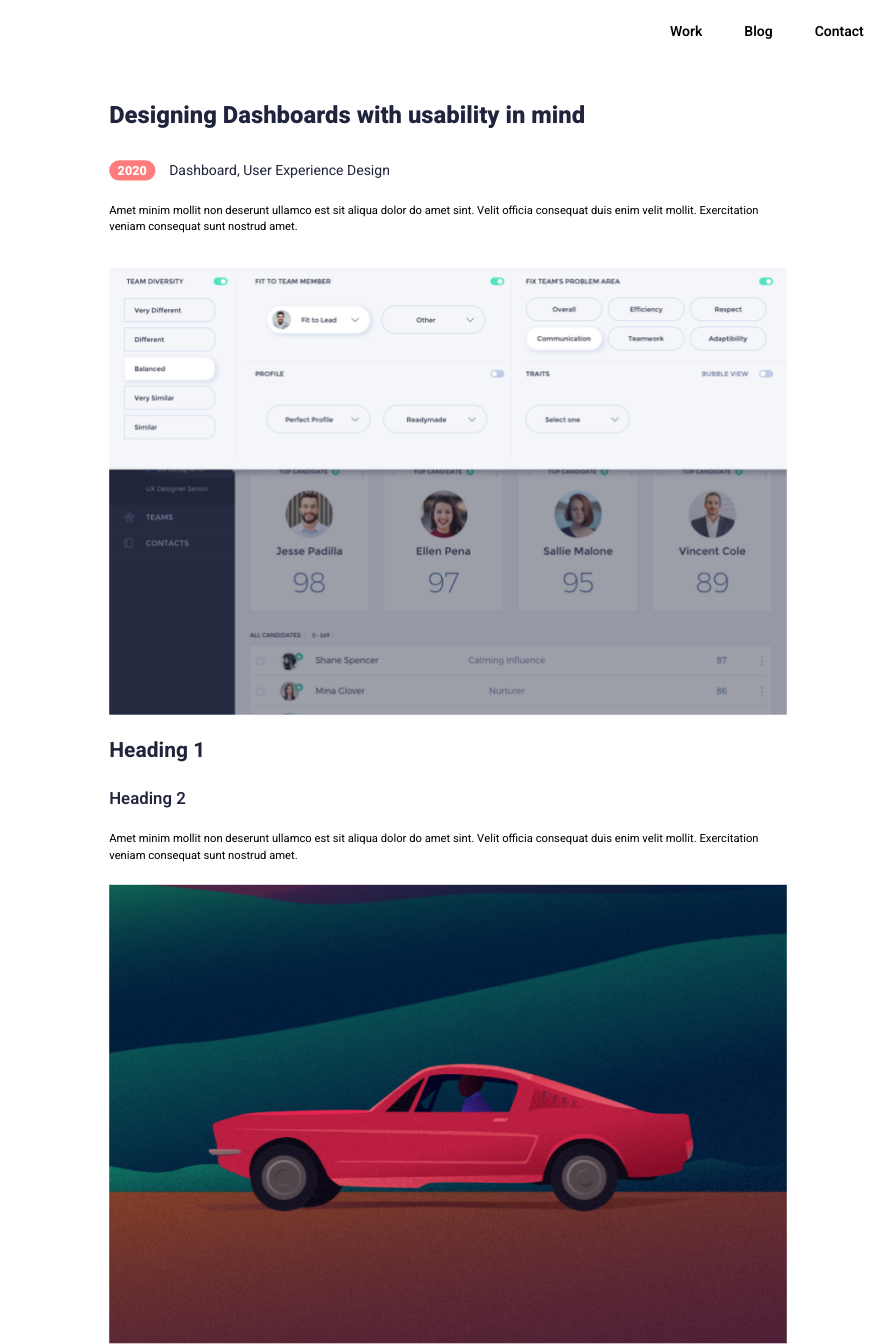
Repository: sharma171/portfolio
Page: /detailed
The author's editor kept a copy of each file at every save. The page is drawn from the files as they stood at one save, then again after the next save.
The browser window is 1280 px wide. The pictures show the part of the page from y = 0 to 1920 px (the page is 2810 px tall before and 2800 px after), at 70% of full size.
The project was rebuilt for these pictures with package versions that can differ from the ones it lists, and the page was loaded fresh each time. The framework's server and built-in components were replaced by stand-ins that run in the browser. Also part of the build but not shown: next.config.mjs.

Above is the page before, as saved 2024-06-02 18:09:12.

### src/app/layout.js

import "./globals.css";


export const metadata = {
  title: "Portfolio Website",
  description: "Blogging and projects site",
};

export default function RootLayout({ children }) {
  return (
    <html lang="en">
      <body>{children}</body>
    </html>
  );
}

### src/app/detailed/layout.jsx
import "../../app/globals.css";

export const metadata = {
    title: "Portfolio Website",
    description: "Blogging and projects site",
};

export default function RootLayout({ children}) {
    return (
        <html lang="en">
            <body>
                {children}
            </body>
        </html>
    );
}

### src/app/detailed/page.jsx
import React from "react";
import Image from "next/image";
import "../page.css"
import Header from "../../components/Header"
import Footer from "../../components/Footer"
import Featured1 from "../../../public/work/detailedOne.png";
import Featured2 from "../../../public/work/detailedTwo.png";
import Featured3 from "../../../public/work/detailedThree.png";

export default function DetailPage() {
    return (
        <>
        <Header />
        <section className="detailed">
            <div className="container">
                <div className="detailed-inner">
                    <h1 className="main-heading">
                    Designing Dashboards with usability in mind
                    </h1>
                    <div className="det-row">
                        <span className="date">2020</span>
                        <span className="topic">Dashboard, User Experience Design</span>
                    </div>
                    <h2 className="subheading">
                        Amet minim mollit non deserunt ullamco est sit aliqua dolor do amet sint. Velit officia consequat duis enim velit mollit. Exercitation veniam consequat sunt nostrud amet.
                    </h2>
                    <Image src={Featured1} alt="featured" className="full-w-thumb" />
                    <h1>Heading 1</h1>
                    <h2>Heading 2</h2>
                    <p className="subheading">
                        Amet minim mollit non deserunt ullamco est sit aliqua dolor do amet sint. Velit officia consequat duis enim velit mollit. Exercitation veniam consequat sunt nostrud amet.
                    </p>
                    <Image src={Featured2} alt="featured" className="full-w-thumb" />
                    <Image src={Featured3} alt="featured" className="full-w-thumb" />
                </div>
            </div>
        </section>
        <Footer />
        </>
    );
}

### src/app/globals.css
@import url('https://fonts.googleapis.com/css2?family=Heebo:wght@100..900&display=swap');

:root {
  --max-width: 1180px;
  --border-radius: 12px;
  --font-mono: ui-monospace, Menlo, Monaco, "Cascadia Mono", "Segoe UI Mono",
    "Roboto Mono", "Oxygen Mono", "Ubuntu Monospace", "Source Code Pro",
    "Fira Mono", "Droid Sans Mono", "Courier New", monospace;
  --main-font: "Heebo", sans-serif;
  --weight--300: 300;
  --weight--400: 400;
  --weight--500: 500;
  --weight--600: 600;
  --weight--700: 700;
  --weight--800: 800;
  --weight--900: 900;
  --hero-button: #FF6464;
  --text-color: #21243D;
}

* {
  box-sizing: border-box;
  padding: 0;
  margin: 0;
}

html,
body {
  max-width: 100vw;
  overflow-x: hidden;
  font-family: var(--main-font);
}

a {
  color: inherit;
  text-decoration: none;
}
.container {
  max-width: var(--max-width);
  margin: 0 auto;
  padding: 0 1rem;
}
header {
  background: #fff;
}
header .header-logo {
  width: 1rem;
  height: auto;
}
.nav {
  display: flex;
  flex-direction: row;
  justify-content:space-between;
  max-width: 1280px;
  margin: 0 auto;
  padding: 0 1rem;
}
.navMenu {
  display: flex;
  flex-direction: row;
  align-items: center;
}
.navMenu .navLink {
  font-size: 1.25rem;
  font-weight: var(--weight--600);
  color: var(--primary-color);
  margin: 30px;
}
/* ------------------------ Footer ---------------------------------------- */
footer {
  background: #fff;
  padding: 50px 0;
}

footer .footer-inner {
  display: flex;
  flex-direction: column;
  justify-content: center;
  align-items: center;
  gap: 18px;
}
footer .social-row {
  display: flex;
  flex-direction: row;
  justify-content: space-between;
  align-items: center;
  gap: 35px;
}
footer .social-row .social .social-img {
  width: 30px;
  image: 30px;
}
footer .footer-inner .copyright {
  font-size: 15px;
}

### src/app/page.css
.main {
  display: flex;
  flex-direction: column;
  min-height: 100vh;
}
/* ----------------- hero section ----------------- */
.hero .hero-row {
  display: flex;
  flex-direction: row;
}
.hero .hero-lhs {
  width: 70%;
}
.hero .hero-lhs .hero-cta {
  display: flex;
  flex-direction: column;
  gap: 40px;
  margin-top: 140px;
  margin-bottom: 70px;
}
.hero .hero-lhs .hero-cta .main-head {
  font-size: 44px;
  line-height: 3.75rem;
  font-weight: 700;
}
.hero .hero-lhs .hero-cta .sub-head {
  font-size: 16px;
  line-height: 1.5rem;
  font-weight: 400;
  max-width: 500px;
}
.hero .hero-lhs .hero-cta .cta-button {
  padding: 14px 20px;
  font-size: 1.15rem;
  line-height: 19px;
  font-weight: 500;
  font-family: "Heebo", sans-serif;
  margin-right: auto;
  background: var(--hero-button);
  color: #fff;
  border: none;
}
.hero .hero-rhs {
  width: 30%;
  display: flex;
  justify-content: flex-start;
  align-items: center;
}
.hero .hero-rhs .hero-img {
  position: relative;
}
.hero .hero-rhs .hero-img .image {
  width: 283px;
  height: 283px;
  z-index: 1;

}
.hero .hero-rhs .hero-img::after {
  content: "";
  position: absolute;
  top: 13px;
  left: -5px;
  width: 283px;
  height: 283px;
  background: #EDF7FA;
  z-index: -1;
  border-radius: 300px;
}

/* -------------------------  Home Blog Section --------------------------------------- */

.home-blog {
  background: #EDF7FA;
}
.home-blog .blog-head {
  display: flex;
  flex-direction: row;
  justify-content: space-between;
  align-items: center;
  margin-top: 7px;
}
.home-blog .blog-head .heading {
  font-size: 22px;
  line-height: 60px;
  font-weight: 400;
  color: var(--text-color);
}
.home-blog .blog-head .more-link {
  font-size: 16px;
  font-weight: 400;
  color: #00A8CC;
}

/* ----------------------- Blog Carousel ----------------------------------------- */
.blog-carousel .blog-image {
  display: none;
}
.blog-carousel {
  display: flex;
  flex-direction:row;
  overflow: hidden;
  max-width: 100%;
  padding-bottom: 32px;
}
.blog-carousel .blog-item {
  background-color: #fff;
  box-shadow: #bbe1fa3d 0 4px 10px 0;
  padding: 25px;
  display: flex;
  flex-direction: column;
  gap: 25px;
}
.blog-carousel .blog-item:nth-child(odd){
  margin-right: 10px;
}
.blog-carousel .blog-item:nth-child(even) {
  margin-left: 10px;
}
.blog-carousel .blog-item .blog-item-head {
  /* margin-bottom: 17px; */
}
.blog-carousel .blog-item .blog-item-head .head {
  font-size: 32px;
  line-height: 1.3em;
  font-weight: 700;
  color: var(--text-color);
}
.blog-carousel .blog-info {
  display: flex;
  flex-direction: row;
  gap: 25px;
  /* margin-bottom: 11px; */
}
.blog-carousel .blog-info .divline {
  width: 1px;
  height: 15.799999999999958px;
  margin-top: 4px;
  background: var(--text-color);
}
.blog-carousel .blog-info .date {
  font-size: 18px;
  line-height: 26px;
  color: var(--text-color);
  font-weight: 400;
}
.blog-carousel .blog-info .author {
  font-size: 18px;
  line-height: 26px;
  color: var(--text-color);
  font-weight: 400;
}
.blog-carousel .blog-info .blog-para .para{
  font-size: 16px;
  line-height: 24px;
  color: var(--text-color);
  font-weight: 400;
}

/* ---------------------------- Featured Works -------------------------------------------------------------------- */

.featured-home {
  background: #fff;
}
.featured-home .top-heading {
  display: flex;
  flex-direction: row;
  justify-content: space-between;
  align-items: center;
  margin-top: 17px;
  margin-bottom: 22px;
}
.featured-home .top-heading .head {
  font-size: 22px;
  color: var(--text-color);
  line-height: 60px;
  font-weight: 500;
}
.workcards {
  display: flex;
  flex-direction: column;
  gap: 40px;
  padding-bottom: 80px;
}
.workcards .card-item {
  display: flex;
  flex-direction: row;
  position: relative;
}
.workcards .card-item::after{
  content: "";
  position: absolute;
  top: calc(100% + 20px);
  left: 0;
  width: 100%;
  height: 1px;
  background: #E0E0E0;
}
.workcards .card-item .card-thumb {
  width: 250px;
  height: 180px;
  margin-right: 18px;
}
.workcards .card-item .card-thumb .thumb-img {
  width: 250px;
  height: 180px;
  object-fit: cover;
  border-radius:6px;
}
.workcards .card-item .card-info {
  display: flex;
  flex-direction: column;
  margin-left: 18px;
  gap: 24px;
}
.workcards .card-item .card-info .heading {
  font-size: 32px;
  font-weight: 800;
  line-height: 30px;
  color: var(--text-color);
}
.workcards .card-item .card-info .info-row {
  display: flex;
  flex-direction: row;
  gap: 25px;
}
.workcards .card-item .card-info .info-row .date {
  font-size: 18px;
  line-height: 17px;
  font-weight: 900;
  padding: 6px 10px 5px 10px;
  border-radius: 16px;
  color: #fff;
  background: #142850;
}
.workcards .card-item .card-info .info-row .topic {
  font-size: 20px;
  color: #8695A4;
}
.workcards .card-item .card-info .info-para {
  font-size: 18px;
  line-height: 24px;
  color: #21243D;
  font-weight: 400;
  width: 90%;
}
/* ------------------------------ Category Pages -------------- */
.work-category .container {
  max-width: 900px;
}
.blog-category .container {
  max-width: 900px;
}
.cat-head {
  padding-top: 80px;
  padding-bottom: 25px;
}
.cat-head h3 {
  font-size: 44px;
  line-height: 60px;
  font-weight: 700;
}
.blog-cards {
  display: flex;
  flex-direction: column;
  gap: 60px;
  padding-bottom: 80px;
}
.blog-cards .card-item {
  display: flex;
  flex-direction: column;
  gap: 10px;
  position: relative;
}
.blog-cards .card-item::after {
  content: "";
  position: absolute;
  top: calc(100% + 30px);
  left: 0;
  width: 100%;
  height: 1px;
  background: #E0E0E0;
}
.blog-cards .card-item .info-row .width-div {
  width: 1px;
  height: 15.799999999999958px;
  margin-top: 4px;
  background: var(--text-color);
}
.blog-cards .card-item .heading {
  font-size: 30px;
  font-weight: 600;
  line-height: 44px;
  color: var(--text-color);
}
.blog-cards .card-item .info-row {
  display: flex;
  flex-direction: row;
  gap: 20px;
}
.blog-cards .card-item .info-row .date {
  font-size: 20px;
  line-height: 29px;
  color: var(--text-color);
  font-weight: 400;
}
.blog-cards .card-item .info-row .topic {
  font-size: 20px;
  line-height: 29px;
  color: #8695A4;
  font-weight: 400;
}
.blog-cards .card-item .info-para {
  font-size: 16px;
  line-height: 24px;
  color: var(--text-color);
}
/* --------------------------- Detailed Page ------------------------------------------------------------- */
.detailed .container {
  max-width: 1000px;
}
.detailed .detailed-inner {
  display: flex;
  flex-direction: column;
  gap: 30px;
  padding-top: 50px;
  padding-bottom: 30px;
}
.detailed .detailed-inner h1.main-heading {
  font-size: 34px;
  line-height: 50px;
  font-weight: 800;
  margin-bottom: 10px;
  color: var(--text-color);
}
.detailed .detailed-inner .det-row {
  display: flex;
  flex-direction: row;
  gap: 20px;
}
.detailed .detailed-inner .det-row .date {
  font-size: 18px;
  font-weight: 800;
  padding: 7px 12px 4px 12px;
  color: #fff;
  line-height: 17px;
  background: #FF7C7C;
  border-radius: 50px;
}
.detailed .detailed-inner .det-row .topic {
  font-size: 20px;
  line-height: 29px;
  font-weight: 400;
  color: var(--text-color);
}
.detailed .detailed-inner h2.subheading {
  font-size: 16px;
  line-height: 24px;
  color: #000;
  font-weight: 400;
}
.detailed .detailed-inner .full-w-thumb {
  width: 100%;
  height:auto;
  aspect-ratio: 680/460;
  object-fit: cover;
}
.detailed .detailed-inner h1 {
  font-size:30px;
  line-height: 45px;
  color: var(--text-color);
  font-weight: 700;
}
.detailed .detailed-inner h2 {
  font-size: 24;
  line-height: 30px;
  color: var(--text-color);
  font-weight: 600;
}

### src/components/Header.jsx
import React from "react";
import "../app/globals.css";

const navLink = [
    {
        name: "Work",
        link: "/"
    },
    {
        name: "Blog",
        link: "/blog"
    },
    {
        name: "Contact",
        link: "/contact"
    },
]

const Header = () => {
    return(
        <header>
            <nav className="nav">
                <a href="/">

                </a>
                <div className="navMenu">
                    {navLink.map((item, index) => (
                        <a href={item.link} className="navLink" key={index}>{item.name}</a>
                    ))}
                </div>
            </nav>
        </header>
    )
}

export default Header;

### src/components/Footer.jsx
import React from "react";

import Image from "next/image"

import FacebookIcon from "../../public/social/facebook.svg"
import InstagramIcon from "../../public/social/instagram.svg"
import TwitterIcon from "../../public/social/twitter.svg"
import LinkedinIcon from "../../public/social/Linkedin.svg"

const Footer = () => {
    return(
        <>
        <footer>
            <div className="container">
                <div className="footer-inner">
                    <div className="social-row">
                        <a href="" className="social">
                            <Image src={FacebookIcon} alt="icon" className="social-img" />
                        </a>
                        <a href="" className="social">
                            <Image src={InstagramIcon} alt="icon" className="social-img" />
                        </a>
                        <a href="" className="social">
                            <Image src={TwitterIcon} alt="icon" className="social-img" />
                        </a>
                        <a href="" className="social">
                            <Image src={LinkedinIcon} alt="icon" className="social-img" />
                        </a>
                    </div>
                    <span className="copyright">
                        Copyright ©2020 All rights reserved
                    </span>
                </div>
            </div>
        </footer>
        </>
    )
};
export default Footer;

After the next save:
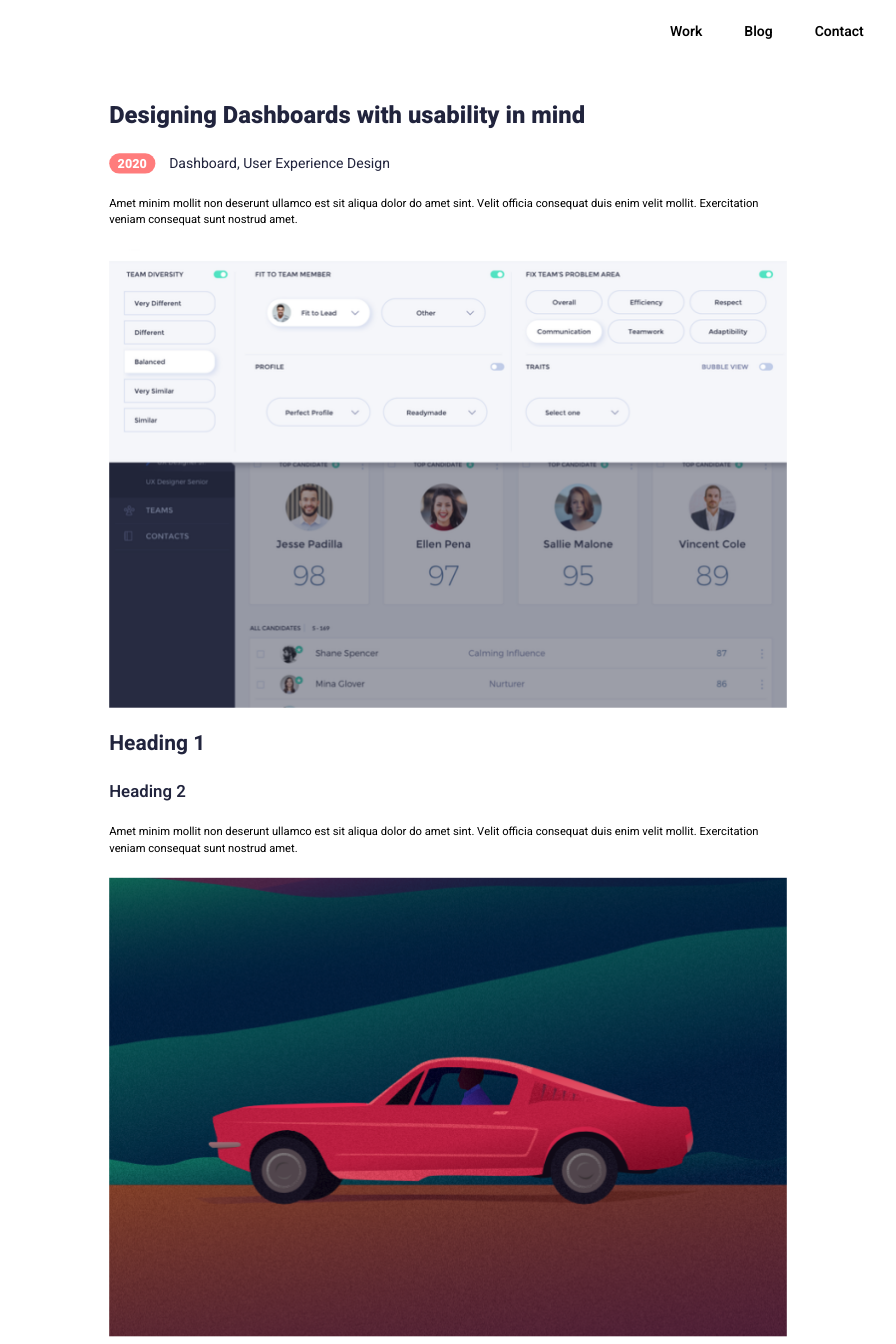
Saved 26 s later.
--- a/src/app/page.css
+++ b/src/app/page.css
@@ -329,7 +329,6 @@
   font-size: 34px;
   line-height: 50px;
   font-weight: 800;
-  margin-bottom: 10px;
   color: var(--text-color);
 }
 .detailed .detailed-inner .det-row {
